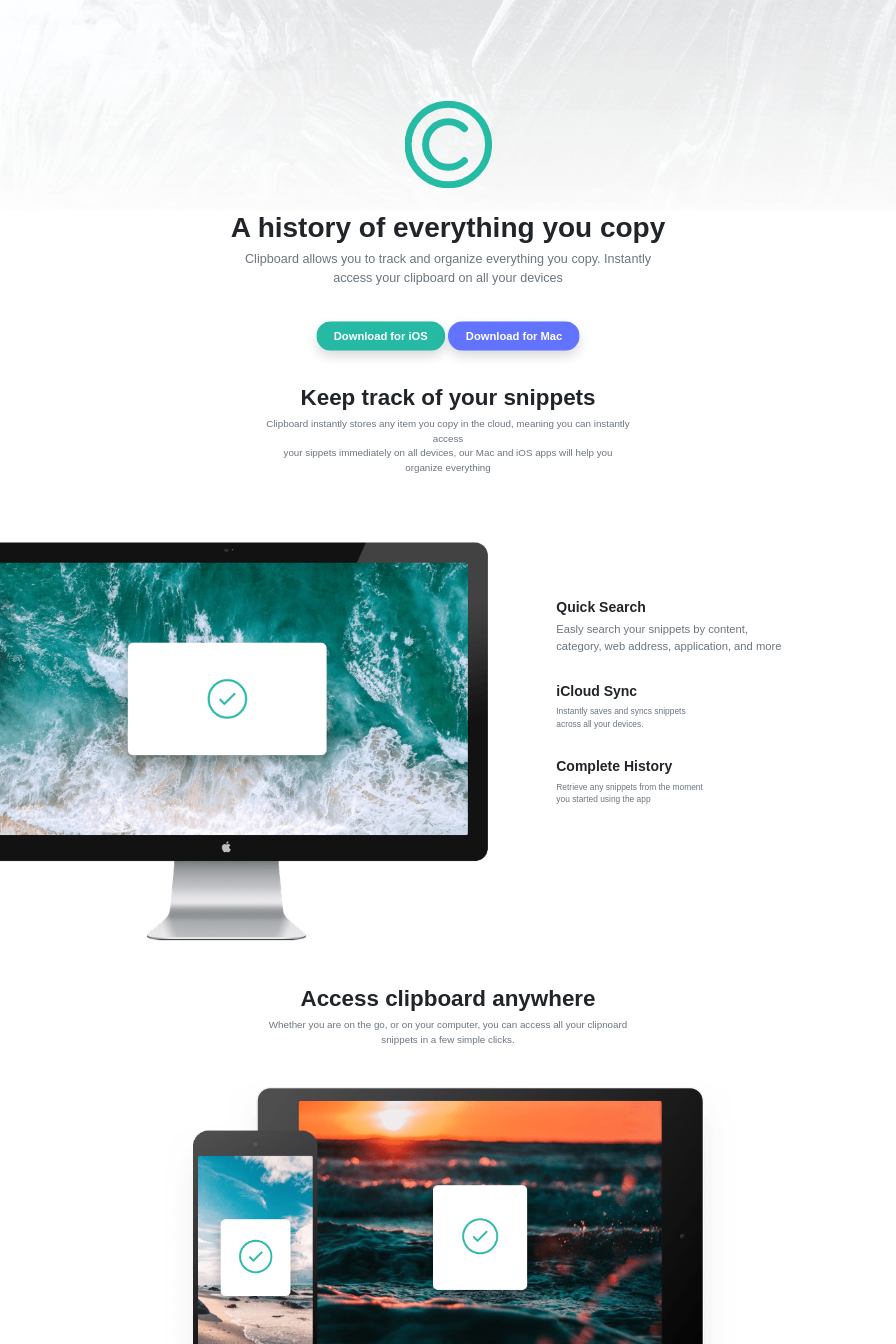
Repository: Kenkeluke/Clipboard-landing-page
Page: index.html
These files come from the project's save history. The page is drawn as it stood at one moment and after the next save; the edit follows.
The browser window is 1280 px wide. The pictures show the part of the page from y = 0 to 1920 px (the page is 3015 px tall), at 70% of full size.
Some web fonts or font styles are not loaded; a fallback is used.

Above is the page before, as saved 2022-09-03 23:41:06.

After the next save:
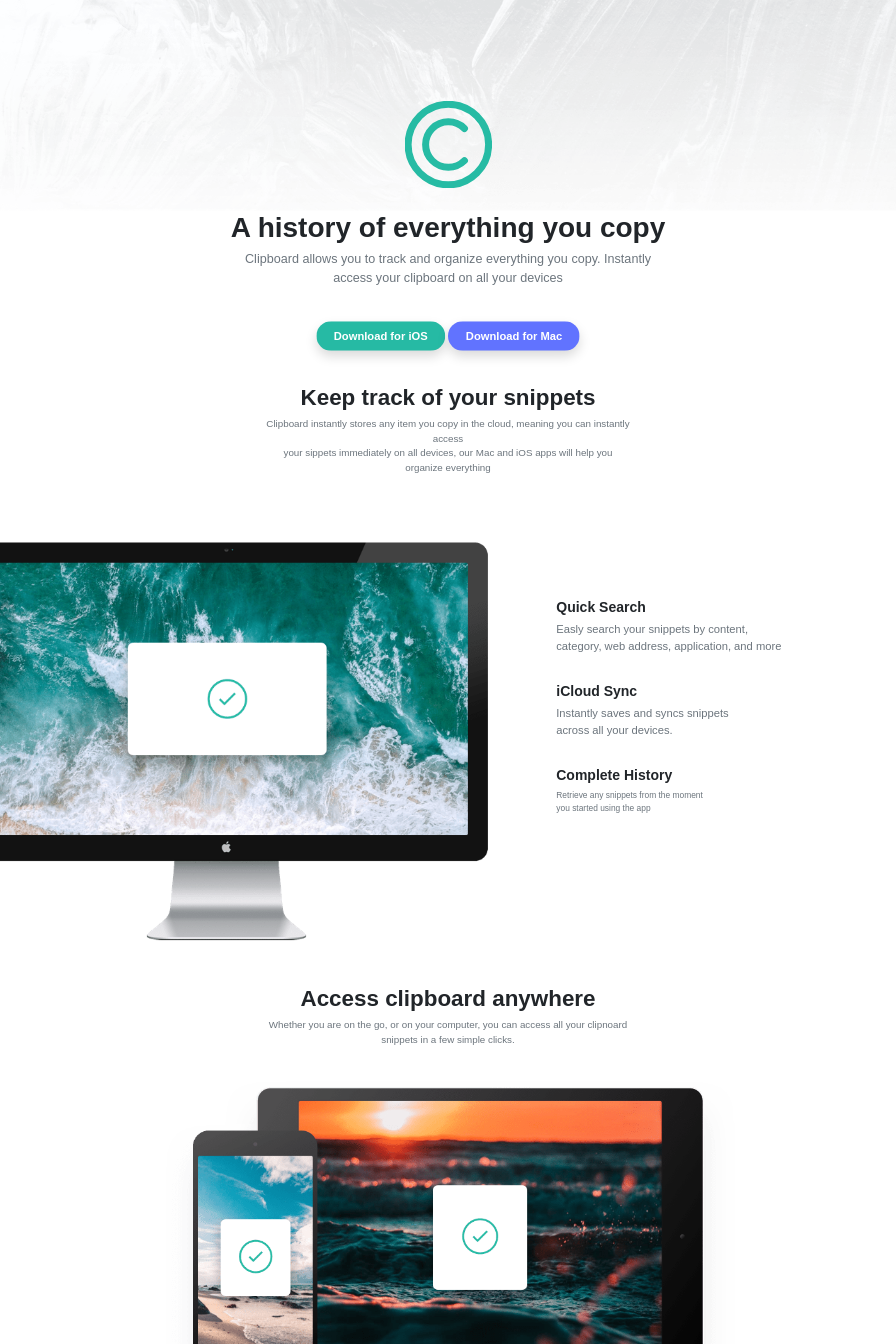
Saved 2 min 52 s later.
--- a/index.html
+++ b/index.html
@@ -61,7 +61,7 @@
     <div class="second-article justify-content-md-start justfy-content-center text-md-start text-center pt-4">
       <h5 class="fw-bolder"> iCloud Sync</h5>
 
-      <p class="text-muted tiny-paragraph">
+      <p class="text-muted col-10 ms-4 ms-md-0">
        Instantly saves and syncs snippets<br>
 
       across all your devices. </p>
